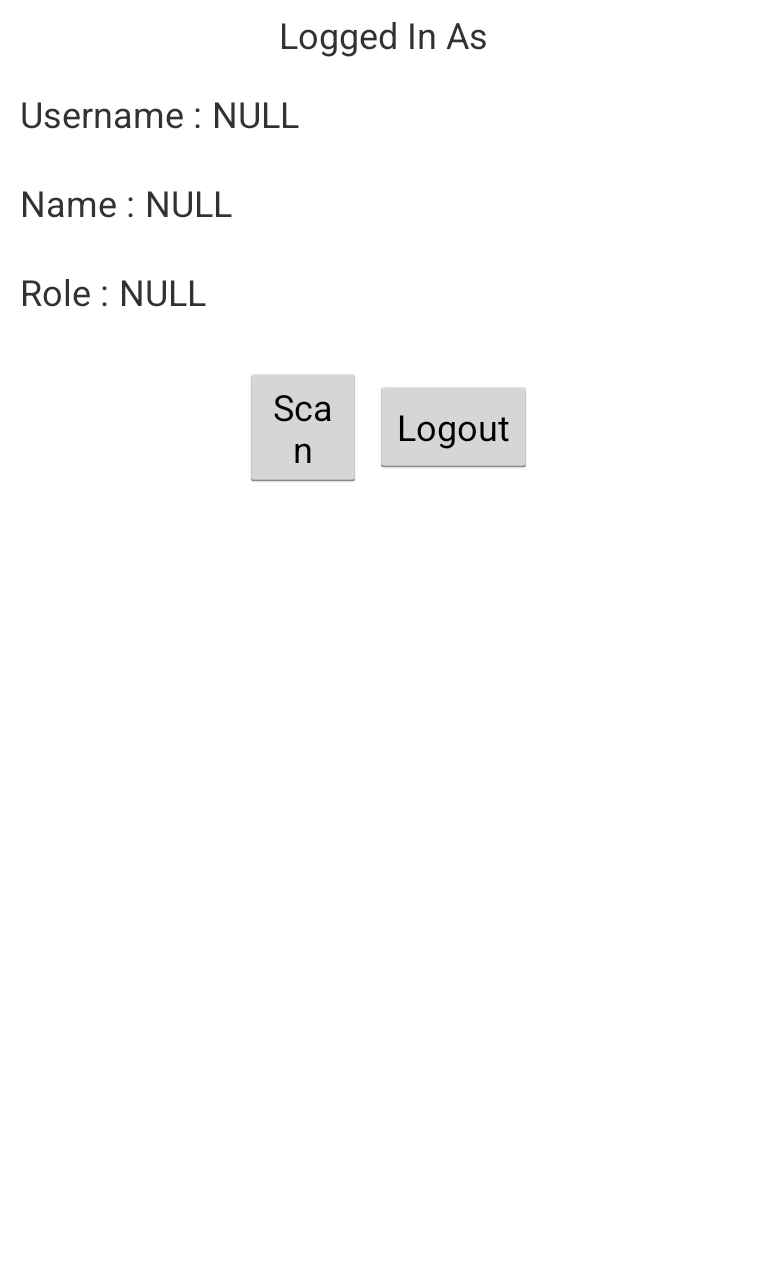
Repository: LennoxAlexion/UID
Layout: Android App/Uid-Project/res/layout/activity_sec_page.xml
These files come from the project's save history. The layout is drawn as it stood at one moment and after the next save; the edit follows.
It is drawn on a 768 x 1280 px phone screen (xhdpi) without system bars, with theme AppTheme; the app's code is not run.

Above is the layout before, as saved 2015-03-29 06:21:33.

### Android App/Uid-Project/res/layout/activity_sec_page.xml
<?xml version="1.0" encoding="utf-8"?>
<LinearLayout xmlns:android="http://schemas.android.com/apk/res/android"
    android:layout_width="match_parent"
    android:layout_height="match_parent"
    android:orientation="vertical" >

    <TextView
        android:layout_width="wrap_content"
        android:layout_height="wrap_content"
        android:layout_gravity="center_horizontal"
        android:layout_margin="5dp"
        android:gravity="center"
        android:text="Logged In As"
        android:textSize="18dp" />

    <LinearLayout
        android:layout_width="fill_parent"
        android:layout_height="wrap_content"
        android:layout_margin="5dp"
        android:orientation="horizontal"
        android:padding="5dp" >

        <TextView
            android:layout_width="wrap_content"
            android:layout_height="wrap_content"
            android:text="Username :"
            android:textSize="18dp" />

        <TextView
            android:id="@+id/TextView_Username"
            android:layout_width="wrap_content"
            android:layout_height="wrap_content"
            android:layout_marginLeft="5dp"
            android:text="NULL"
            android:textSize="18dp" />
    </LinearLayout>

    <LinearLayout
        android:layout_width="fill_parent"
        android:layout_height="wrap_content"
        android:layout_margin="5dp"
        android:orientation="horizontal"
        android:padding="5dp" >

        <TextView
            android:layout_width="wrap_content"
            android:layout_height="wrap_content"
            android:text="Name :"
            android:textSize="18dp" />

        <TextView
            android:id="@+id/TextView_Name"
            android:layout_width="wrap_content"
            android:layout_height="wrap_content"
            android:layout_marginLeft="5dp"
            android:text="NULL"
            android:textSize="18dp" />
    </LinearLayout>

    <LinearLayout
        android:layout_width="fill_parent"
        android:layout_height="wrap_content"
        android:layout_margin="5dp"
        android:orientation="horizontal"
        android:padding="5dp" >

        <TextView
            android:layout_width="wrap_content"
            android:layout_height="wrap_content"
            android:text="Role :"
            android:textSize="18dp" />

        <TextView
            android:id="@+id/TextView_Role"
            android:layout_width="wrap_content"
            android:layout_height="wrap_content"
            android:layout_marginLeft="5dp"
            android:text="NULL"
            android:textSize="18dp" />
    </LinearLayout>

    <LinearLayout
        android:layout_width="fill_parent"
        android:layout_height="wrap_content"
        android:layout_gravity="center_horizontal"
        android:layout_margin="5dp"
        android:gravity="center"
        android:orientation="horizontal"
        android:padding="5dp" >

        <Button
            android:id="@+id/Button_Sec_Page_Scan"
            android:layout_width="60dp"
            android:layout_height="wrap_content"
            android:layout_margin="5dp"

            android:text="Scan" />

        <Button
            android:id="@+id/Button_Logout"
            android:layout_width="wrap_content"
            android:layout_height="wrap_content"

            android:text="Logout" />

    </LinearLayout>

</LinearLayout>

Loaded but not shown: Android App/Uid-Project/res/values/styles.xml (common file); Android App/Uid-Project/res/values-v11/styles.xml (common file); Android App/Uid-Project/res/values-v14/styles.xml (common file); Android App/Uid-Project/res/values-v21/styles.xml (common file)

After the next save:
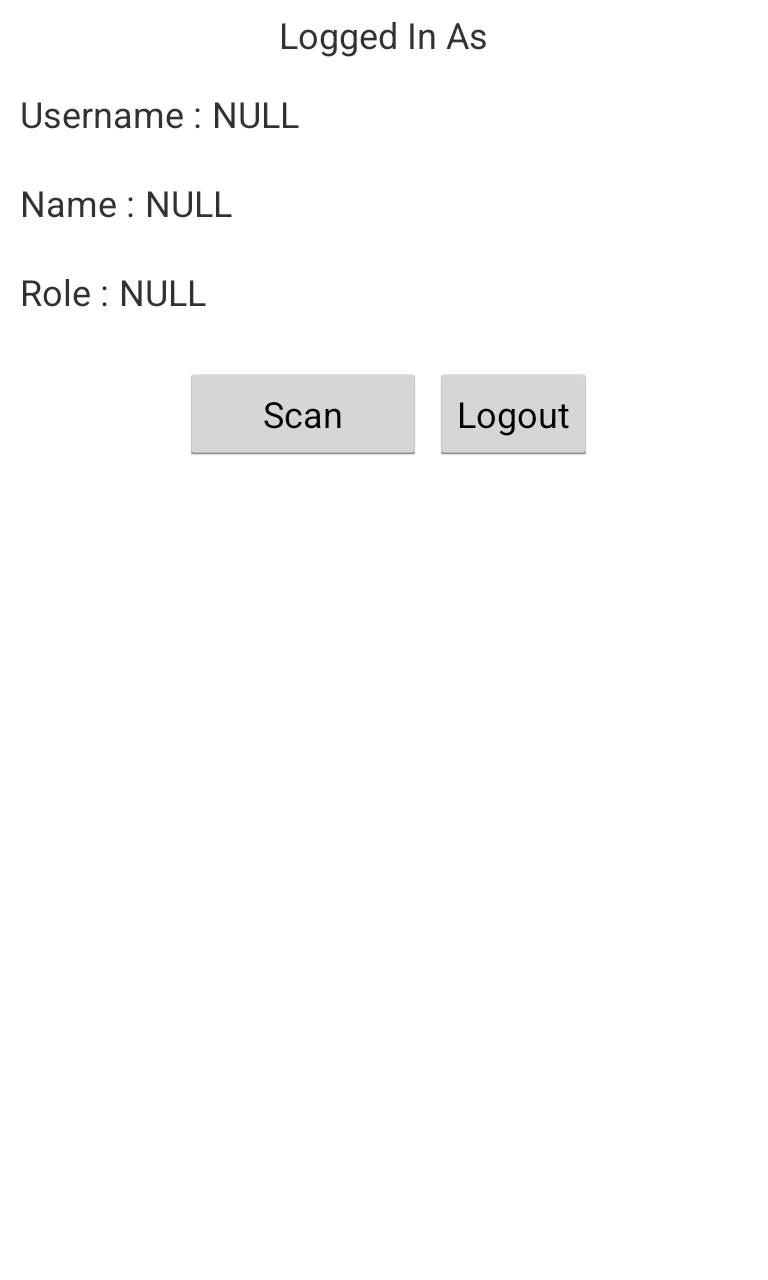
Saved 6 s later.
--- a/Android App/Uid-Project/res/layout/activity_sec_page.xml
+++ b/Android App/Uid-Project/res/layout/activity_sec_page.xml
@@ -90,7 +90,7 @@
 
         <Button
             android:id="@+id/Button_Sec_Page_Scan"
-            android:layout_width="60dp"
+            android:layout_width="120dp"
             android:layout_height="wrap_content"
             android:layout_margin="5dp"
 
